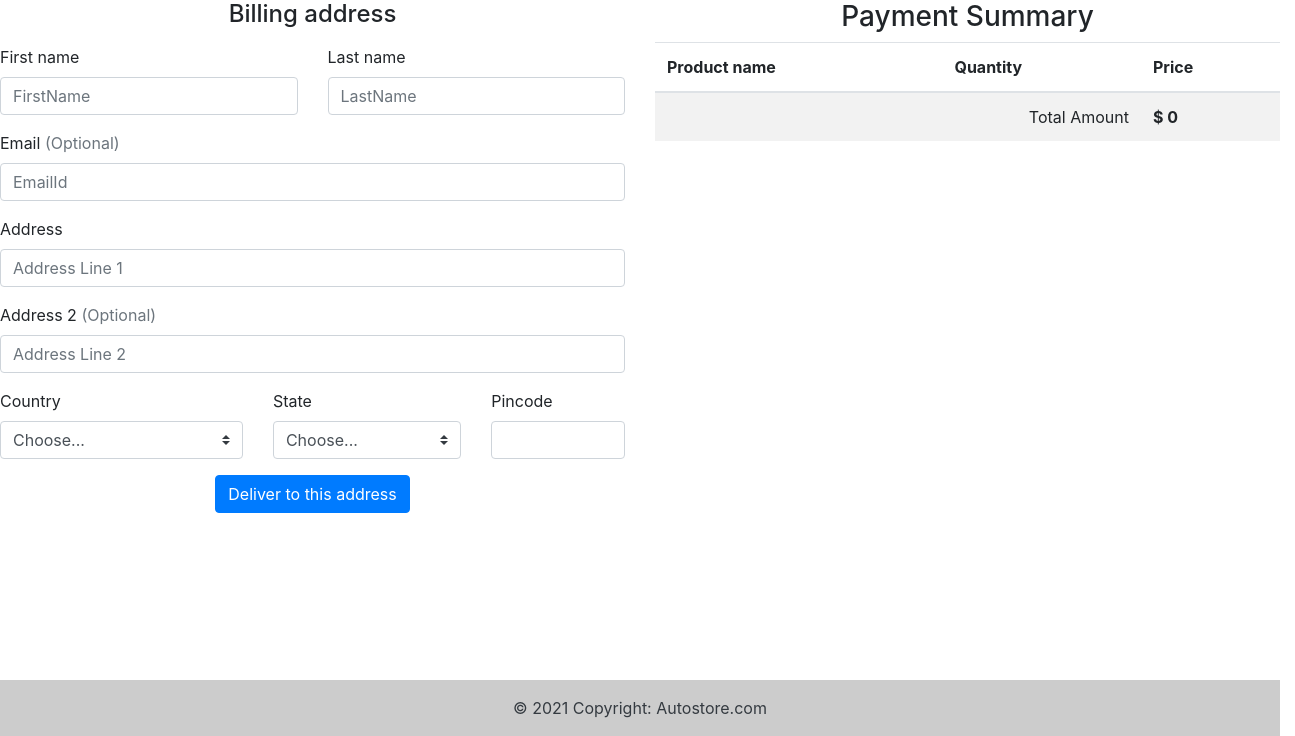
Repository: pravinsakthivel/ecommerce
Page: /checkout
An editor plug-in stored every save of this project. The page is shown before and after the next save, followed by the edit.
The browser window is 1280 px wide. The page is 1295 px wide, then 1280 px, then 1295 px, so the pictures cover 1295 px, including what lies to the right of the window. The pictures show the whole page.
The project was rebuilt for these pictures with package versions that can differ from the ones it lists, and the page was loaded fresh each time. Also part of the build but not shown: src/components/ProductItem.vue, src/components/UI/ShoppingCartIcon.vue, src/components/UI/NavigationBar.vue, src/components/UI/SearchBar.vue, src/components/ProductDescriptionModal.vue, src/components/ProductList.vue, src/components/CartList.vue, src/components/UI/OrderSuccess.vue and 4 more.

Above is the page before, as saved 2021-04-11 00:16:26.

### public/index.html
<!DOCTYPE html>
<html lang="">
  <head>
    <meta charset="utf-8" />
    <meta http-equiv="X-UA-Compatible" content="IE=edge" />
    <meta name="viewport" content="width=device-width,initial-scale=1.0" />
    <link rel="icon" href="<%= BASE_URL %>favicon.ico" />
    <link
      href="https://fonts.googleapis.com/css?family=Nunito+Sans:400,400i,700,900&display=swap"
      rel="stylesheet"
    />
    <title><%= htmlWebpackPlugin.options.title %></title>
  </head>
  <style>
    #page-container {
      position: relative;
      min-height: 100vh;
    }

    #content-wrap {
      padding-bottom: 2.5rem; /* Footer height */
    }

    #footer {
      position: absolute;
      bottom: 0;
      width: 100%;
      height: 2.5rem; /* Footer height */
    }
  </style>
  <body>
    <noscript>
      <strong
        >We're sorry but <%= htmlWebpackPlugin.options.title %> doesn't work
        properly without JavaScript enabled. Please enable it to
        continue.</strong
      >
    </noscript>
    <div id="page-container">
      <div id="content-wrap">
        <div id="app"></div>
      </div>
      <footer id="footer">
        <div class="text-center text-dark p-3 footer" style="background-color: rgba(0, 0, 0, 0.2);">
          © 2021 Copyright:
          <a class="text-dark" href="#">Autostore.com</a>
        </div>
      </footer>
    </div>
    <!-- built files will be auto injected -->
  </body>
</html>

### src/main.js
import { createApp } from 'vue';
import App from './App.vue';
import router from './router.js';
import store from './store.js';
import 'bootstrap';
import 'font-awesome/css/font-awesome.min.css';
import 'bootstrap/dist/css/bootstrap.min.css';
import BaseButton from "./components/UI/BaseButton.vue";
import BaseBadge from './components/UI/BaseBadge.vue';
import TheJumbotrom from './components/UI/TheJumbotron.vue';
import BaseModal from './components/UI/BaseModal.vue';



const app = createApp(App);
app.use(router);
app.use(store);
app.component('base-button',BaseButton);
app.component('base-badge',BaseBadge);
app.component('the-jumbotron',TheJumbotrom);
app.component('base-modal',BaseModal);
app.mount('#app');

### src/App.vue
<template>
 <router-view></router-view>

</template>

<script>

export default {
  name: 'App',
}
</script>

<style >

</style>

### src/router.js
import { createRouter, createWebHistory } from "vue-router";
import ProductList from "./components/ProductList.vue";
import CartList from "./components/CartList.vue";
import OrderSuccessPage from "./components/UI/OrderSuccess.vue";
import LoginPage from "./components/UI/LoginPage.vue";
import CheckoutPage from "./components/CheckoutPage.vue";

const router = createRouter({
  history: createWebHistory(),
  routes: [
    {
      path: "/",
      redirect: "/login",
    },
    {
      path: "/cartIems",
      component: CartList,
    },
    {
      path: "/products",
      component: ProductList,
    },
    {
      path: "/orderSuccessPage",
      component: OrderSuccessPage,
    },
    {
      path: "/login",
      component: LoginPage,
    },
    {
      path:"/checkout",
      component:CheckoutPage
    }
  ],
});

export default router;

### src/store.js
import {createStore} from 'vuex';
import productModule from './store/products/index.js'

const store = createStore({
   modules:{
        products:productModule
   }
});

export default store;

### src/components/UI/BaseButton.vue
<template>
    <button
        class="btn btn-primary"
        type="submit"
        @click.prevent="clickAction"
      >
        <slot></slot>
      </button>
</template>
<script>
export default {
    emits:['click-action'],
    methods:{
        clickAction(){
            this.$emit('click-action');
        }
    }
}
</script>

### src/components/CheckoutPage.vue
<template>
  <div class="row">
    <div class="col-md-6">
      <h4 class="mb-3 text-center">Billing address</h4>
      <form>
        <div class="row">
          <div class="col-md-6 mb-3">
            <label for="firstName">First name</label>
            <input
              type="text"
              class="form-control"
              id="firstName"
              placeholder="FirstName"
              required
              v-model="firstName"
            />
          </div>
          <div class="col-md-6 mb-3">
            <label for="lastName">Last name</label>
            <input
              type="text"
              class="form-control"
              id="lastName"
              placeholder="LastName"
              v-model="lastName"
              required
            />
          </div>
        </div>
        <div class="mb-3">
          <label for="email"
            >Email <span class="text-muted">(Optional)</span></label
          >
          <input
            type="email"
            class="form-control"
            id="email"
            placeholder="EmailId"
            v-model="emailId"
          />
        </div>

        <div class="mb-3">
          <label for="address">Address</label>
          <input
            type="text"
            class="form-control"
            id="address"
            placeholder="Address Line 1"
            required
            v-model="addressLine1"
          />
        </div>

        <div class="mb-3">
          <label for="address2"
            >Address 2 <span class="text-muted">(Optional)</span></label
          >
          <input
            type="text"
            class="form-control"
            id="address2"
            placeholder="Address Line 2"
            v-model="addressLine2"
          />
        </div>

        <div class="row">
          <div class="col-md-5 mb-3">
            <label for="country">Country</label>
            <select
              class="custom-select d-block w-100"
              id="country"
              v-model="country"
            >
              <option value="">Choose...</option>
              <option>India</option>
            </select>
          </div>
          <div class="col-md-4 mb-3">
            <label for="state">State</label>
            <select
              class="custom-select d-block w-100"
              id="state"
              v-model="state"
            >
              <option value="">Choose...</option>
              <option>Bangalore</option>
            </select>
          </div>
          <div class="col-md-3 mb-3">
            <label for="zip">Pincode</label>
            <input
              type="text"
              class="form-control"
              id="zip"
              placeholder=""
              v-model="pincode"
            />
          </div>
        </div>
        <div class="alert alert-danger" role="alert" v-if="isError">
          Please fill in all fields to continue payment !!
        </div>
        <div class="text-center">
          <base-button
            customClass="btn-warning mb-5 mt-5 "
            @click-action="validateAddress"
            >Deliver to this address</base-button
          >
        </div>
      </form>
    </div>
    <div class="col-md-6">
      <payment-details :enablePayment="enablePayment"></payment-details>
    </div>
  </div>
</template>
<script>
import PaymentDetails from "./PaymentDetails.vue";

export default {
  components: {
    PaymentDetails,
  },
  data() {
    return {
      firstName: "",
      lastName: "",
      emailId: "",
      addressLine1: "",
      addressLine2: "",
      country: "",
      state: "",
      pincode: "",
      isError: false,
      enablePayment: false,
    };
  },
  methods: {
    validateAddress() {
      if (
        this.firstName == "" ||
        this.lastName == "" ||
        this.country == "" ||
        this.state == "" ||
        this.addressLine1 == "" ||
        this.addressLine2 == ""
      ) {
        this.isError = true;
      } else {
        this.enablePayment = true;
      }
    },
  },
};
</script>

### src/store/products/index.js
import actions from './actions.js';
import getters from './getters.js';
import mutations from './mutations.js';

export default{
    namespaced:true,
    state(){
        return{
            products: [],
            cartItems: [],
            productsIdsInCart:[],
            searchedItems:[],
            lastUpdated:null,
            loggedInUser :'',
            totalCartValue:0
        }
    },
    actions,
    getters,
    mutations
}

### src/components/PaymentDetails.vue
<template>
  <payment-summary></payment-summary>
  <paypal-component v-show= "enablePayment"></paypal-component>
</template>
<script>
import PaypalComponent from './PayPalComponent.vue';
import PaymentSummary from './PaymentSummary.vue';
export default {
  props:["enablePayment"],
  components:{
    PaypalComponent,
    PaymentSummary
  },
  computed: {
    totalCartValue() {
      let cartvalue = 0;
      this.cartItems.forEach((element) => {
        cartvalue += element.cartValue ? element.cartValue : element.price;
      });
      console.log(cartvalue)
      return cartvalue;
    },
    cartItems() {
      return this.$store.getters["products/getCartItems"];
    }
  }
};
</script>

### src/store/products/actions.js
export default {
  async loadProducts(context,forceRefresh) {
    console.log(context.getters.shouldRefresh , forceRefresh);
    if(!context.getters.shouldRefresh && !forceRefresh){
      console.log("sending cache data");
      return;
    }
    console.log("sending fetched data");
    let url = `https://products-data-b01f9-default-rtdb.firebaseio.com/products/-MXaxOFKGRgCKs_OkzrR.json`;
    let response = await fetch(url);
    let responseData = await response.json();
    context.commit("setProducts", responseData);
    context.commit("setTimeStamp");
  },
  setProducts(context, payload) {
    context.commit("setProducts", payload);
  },
  addProductItemToCart(context, product) {
    let cartItems = [...context.getters.getCartItems, product];
    context.dispatch("addProductIdInCart", product.productId);
    context.commit("setCartItems", cartItems);
  },
  addProductIdInCart(context, data) {
    let productIdsInCart = [...context.getters.getproductIdsIncart, data];
    context.commit("setProductIdsInCart", productIdsInCart);
  },
  setCartItems(context, data) {
    context.commit("setCartItems", data);
  },
  removeCartItem(context, productId) {
    let cartItems = context.getters.getCartItems;
    let filteredItems = cartItems.filter((item) => {
      return item.productId != productId;
    });
    context.dispatch("removeProductIdInCart", productId);
    context.commit("setCartItems", filteredItems);
  },
  removeProductIdInCart(context, productId) {
    let productIdsInCart = context.getters.getproductIdsIncart;
    const index = productIdsInCart.indexOf(productId);
    if (index > -1) {
      productIdsInCart.splice(index, 1);
    }
    context.commit("setProductIdsInCart", productIdsInCart);
  },
  setSearchedItems(context, payload) {
    context.commit("setSearchedItems", payload);
  },
  setUser(context,userName){
    context.commit("setUser",userName);
  },
  resetProductIdsInCart(context){
    context.commit("setProductIdsInCart",[])
  },
  setCartValue(context,cartValue){
    context.commit("setCartValue",cartValue)
  }
};

### src/store/products/getters.js
export default {
  getProducts(state) {
    return state.products;
  },
  getCartItems(state) {
    return state.cartItems;
  },
  getproductIdsIncart(state) {
    return state.productsIdsInCart;
  },
  shouldRefresh(state) {
    let lastUpdate = state.lastUpdated;
    if (!lastUpdate) {
      return true;
    }
    const currentTimeStamp = new Date().getTime();
    return (currentTimeStamp - lastUpdate) / 1000 > 60;
  },
  getSearchItems(state){
      return state.searchedItems;
  },
  getLoggedInUser(state){
    return state.loggedInUser;
  },
  getCartValue(state){
    return state.totalCartValue;
  }
};

### src/store/products/mutations.js
export default {
  setCartItems(state, payload) {
    state.cartItems = payload;
  },
  setProducts(state, payload) {
    state.products = payload;
  },
  setProductIdsInCart(state, payload) {
    state.productsIdsInCart = payload;
  },
  setTimeStamp(state) {
    state.lastUpdated = new Date().getTime();
  },
  setSearchedItems(state, payload) {
    state.searchedItems = payload;
  },
  setUser(state, userName) {
    state.loggedInUser = userName;
  },
  setCartValue(state,cartValue){
    state.cartValue = cartValue;
  }
};

### src/components/PayPalComponent.vue
<template>
  <div id="paypal-button"></div>
</template>
<script>
export default {
  props: ["enable"],
  mounted() {
    let paypalScript = document.createElement("script");
    paypalScript.setAttribute(
      "src",
      "https://www.paypal.com/sdk/js?client-id=AVqt9vrCUVqfc7P88IdNEju9AuBGJq-97Q6YjIoat7qiJp9kvvh4UoYTX6ck6Du60ubYApPewCvAZViN"
    );
    paypalScript.addEventListener("load", this.loadPayPal);
    document.head.appendChild(paypalScript);
  },
  methods: {
    loadPayPal() {
      let self = this;
      let cartValue = this.$store.getters["products/getCartValue"];
      console.log("cartValue", self.cartValue);
      window.paypal
        .Buttons({
          createOrder: function(data, actions) {
            // let totalCartValue = self.cartValue;
            // This function sets up the details of the transaction, including the amount and line item details.
            return actions.order.create({
              purchase_units: [
                {
                  amount: {
                    value: cartValue,
                  },
                },
              ],
            });
          },
          onApprove: function(data, actions) {
            // This function captures the funds from the transaction.
            return actions.order.capture().then(function(details) {
              // This function shows a transaction success message to your buyer.
              self.processPostPayment(details);
            });
          },
        })
        .render("#paypal-button");
    },
    processPostPayment(details) {
      console.log(details);
      this.$store.dispatch("products/setCartItems", []);
      this.$store.dispatch("products/resetProductIdsInCart");
      this.$router.push("orderSuccessPage");
    },
  },
};
</script>

### src/components/PaymentSummary.vue
<template>
  <div>
    <h3 class="text-center">Payment Summary</h3>
    <table class="table table-striped">
      <thead>
        <tr>
          <th>Product name</th>
          <th>Quantity</th>
          <th>Price</th>
        </tr>
      </thead>
      <tbody>
        <tr v-for="item in cartItems" :key="item.productId">
          <td>{{ item.productName }}</td>
          <td>{{ item.quantity }}</td>
          <td>$ {{ item.cartValue ? item.cartValue : item.price }}</td>
        </tr>
        <tr>
          <td colspan="2" class="text-right">Total Amount</td>
          <td>
            <strong>$ {{ totalCartValue }}</strong>
          </td>
        </tr>
      </tbody>
    </table>
  </div>
</template>
<script>
export default {
  computed: {
    totalCartValue() {
      let cartvalue = 0;
      this.cartItems.forEach((element) => {
        cartvalue += element.cartValue ? element.cartValue : element.price;
      });
      console.log(cartvalue);
      this.$store.dispatch('products/setCartValue',cartvalue);
      console.log(this.$store.getters['products/getCartValue'])
      return cartvalue;
    },
    cartItems() {
      return this.$store.getters["products/getCartItems"];
    },
  },
};
</script>

After the next save:
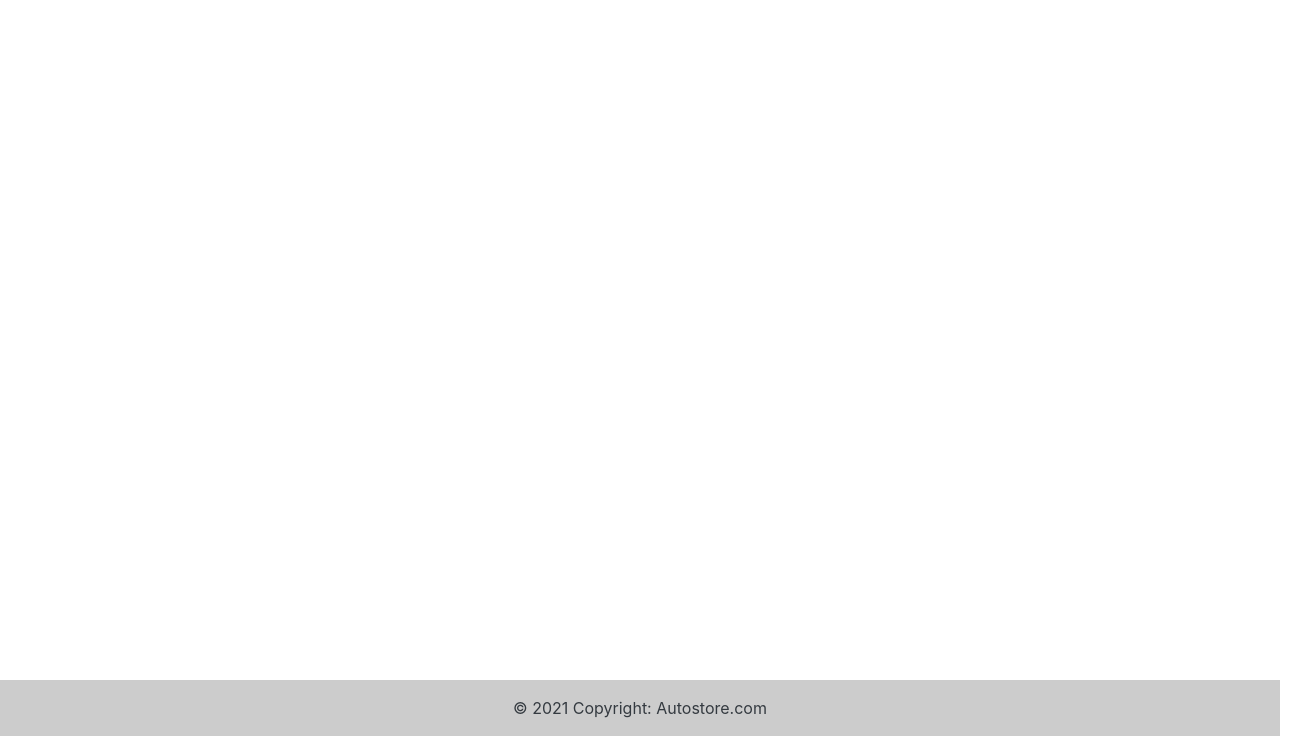
Console error: ReferenceError: setCartValue is not defined
Saved 80 s later.
--- a/src/store/products/actions.js
+++ b/src/store/products/actions.js
@@ -53,6 +53,7 @@
     context.commit("setProductIdsInCart",[])
   },
   setCartValue(context,cartValue){
+    console.log(setCartValue);
     context.commit("setCartValue",cartValue)
   }
 };

After the save that followed:
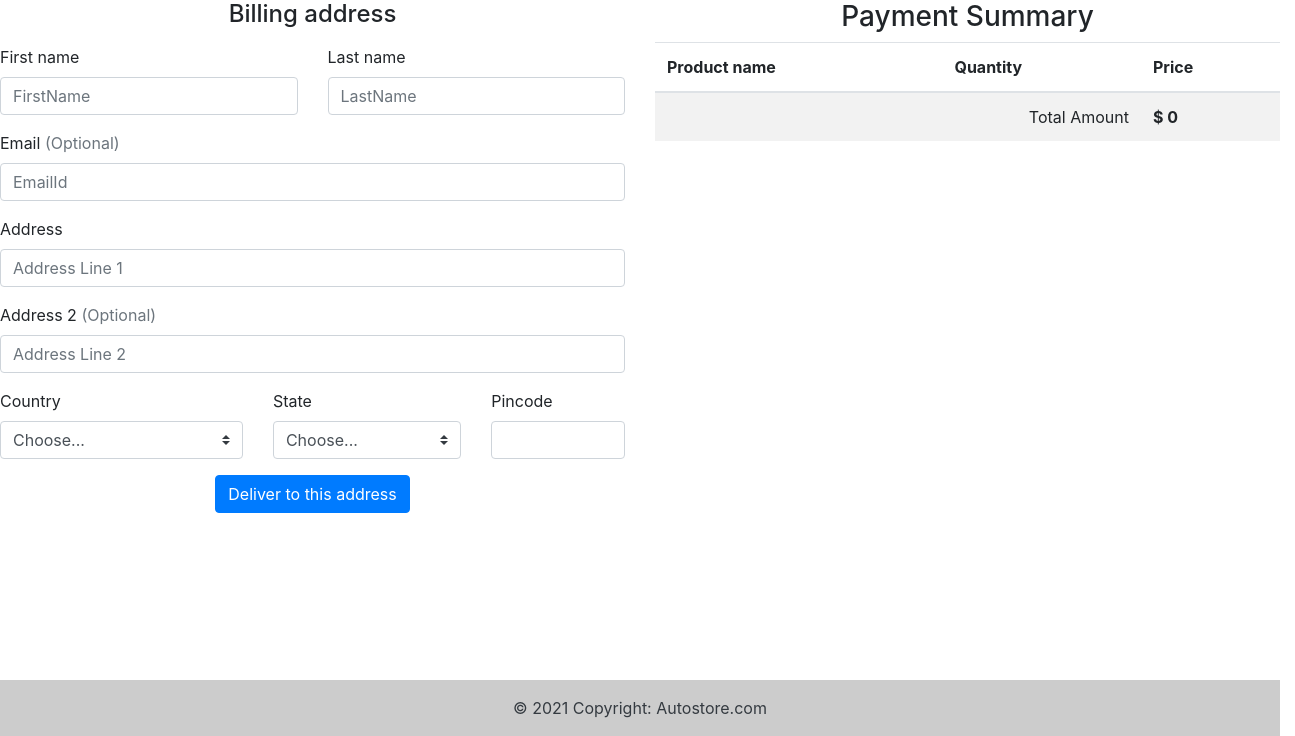
The error is gone.
Saved 11 s later.
--- a/src/store/products/actions.js
+++ b/src/store/products/actions.js
@@ -53,7 +53,7 @@
     context.commit("setProductIdsInCart",[])
   },
   setCartValue(context,cartValue){
-    console.log(setCartValue);
+    console.log(cartValue);
     context.commit("setCartValue",cartValue)
   }
 };
